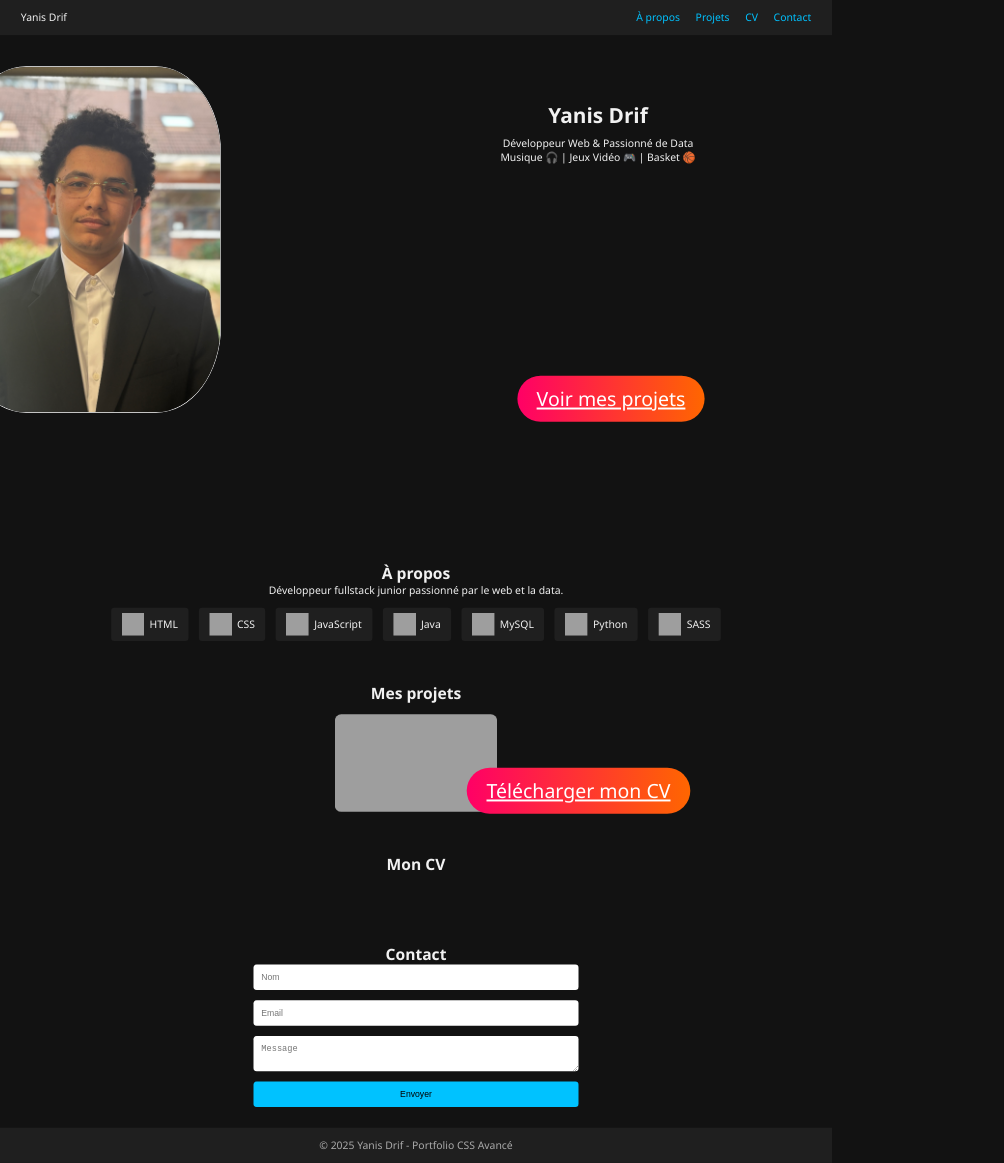
Repository: Yxniiss/ProjetCssAvance
Page: OneDrive/Bureau/Portfolio DrifYanis/home.html
These files come from the project's save history. The page is drawn as it stood at one moment and after the next save; the edit follows.
The browser window is 1280 px wide. The page is 1544 px wide, so the pictures cover 1544 px, including what lies to the right of the window. The pictures show the whole page, at 65% of full size.
Pictures or frames that could not be fetched are drawn as grey boxes.

Above is the page before, as saved 2025-04-10 10:42:08.
Console error: TypeError: Cannot set properties of null (setting 'textContent')

After the next save:
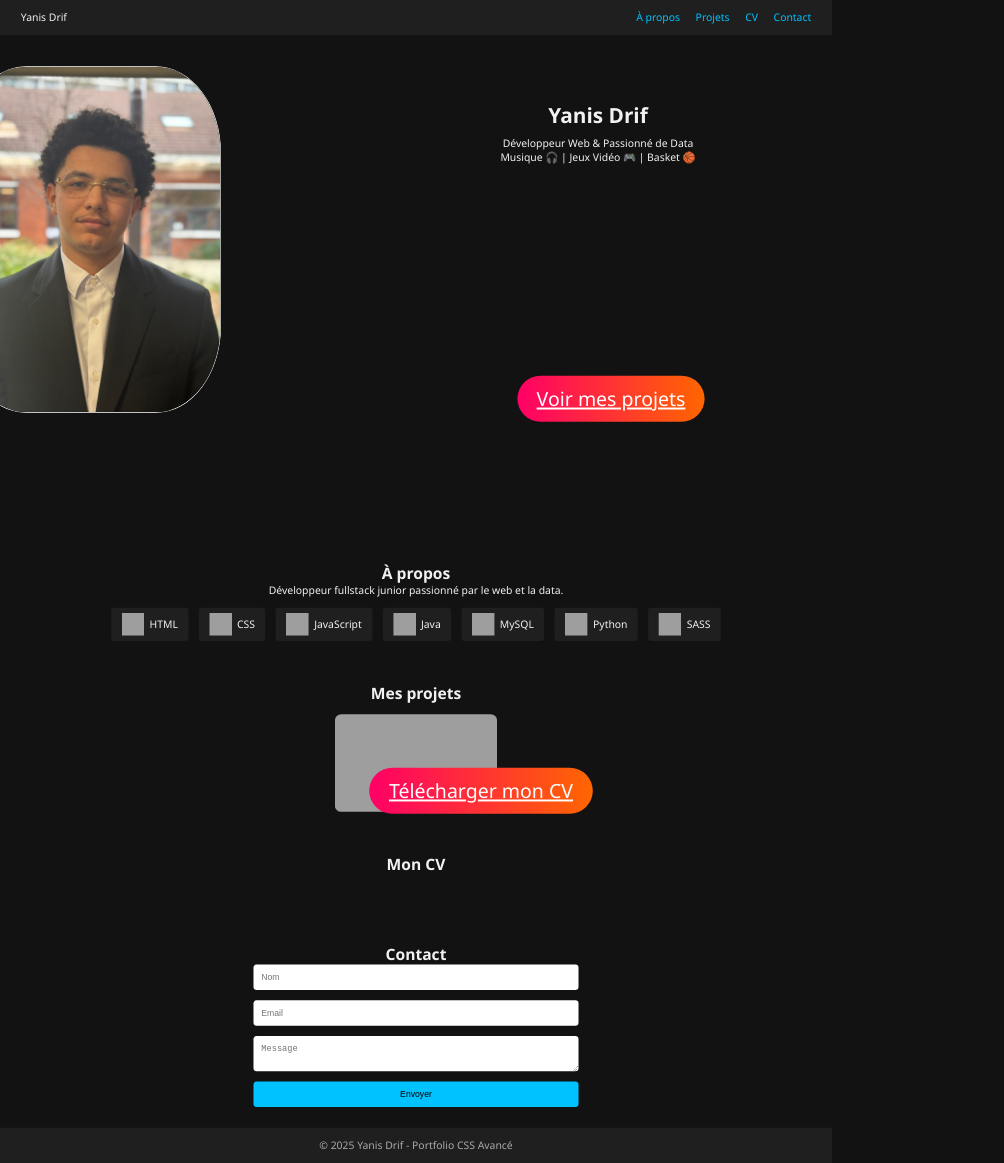
Saved 5 s later.
--- a/OneDrive/Bureau/Portfolio DrifYanis/style.css
+++ b/OneDrive/Bureau/Portfolio DrifYanis/style.css
@@ -135,7 +135,7 @@
     padding: 15px 30px;
     font-size: 30px;
     position: relative;
-    left: 250px;
+    left: 100px;
     bottom:150px;
     color:white;
     background: linear-gradient(90deg, #ff0066, #ff6600);
